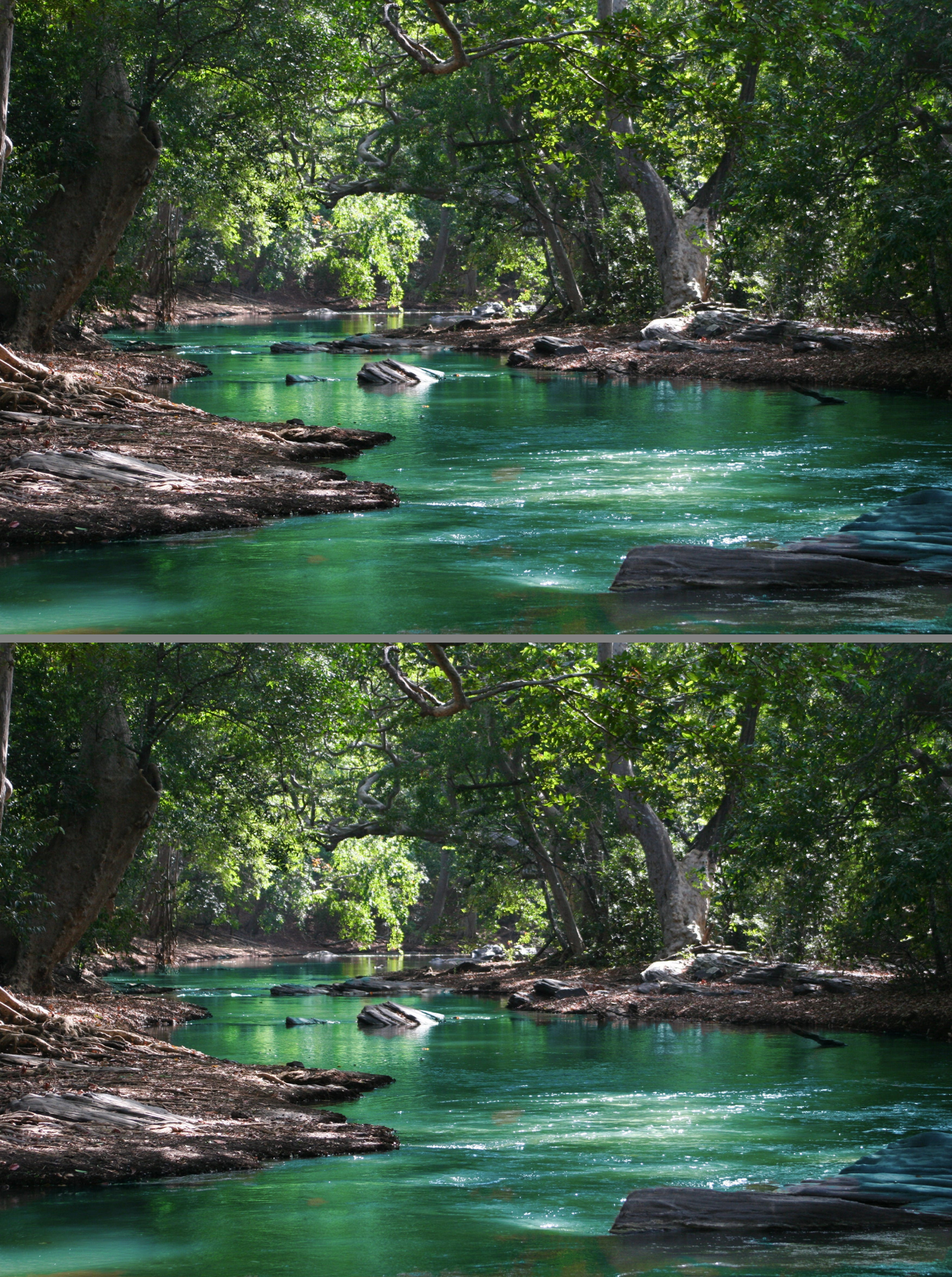
Repository: Dapravith/I5-GIC-Image-Processing
Script's output: python TP3.py
The author's editor kept a copy of each file at every save. The script's output is drawn from the files as they stood at one save, then again after the next save.
The pictures are shown at 68% of full size.
Each picture stacks the figures in order, with grey between them; figures that are only written to a file come last. Figures wider than 1,400 px are first shrunk to that width. Random numbers start from a fixed seed. It also reads images/Test1.jpg, images/facetree.jpg.

Above is the script's output before, as saved 2023-12-20 15:51:45.

### TP3.py
import cv2 as cv

img = cv.imread('./images/Test1.jpg')
width, height = img.shape[:2]

mirrorImg1 = mirrorImg2 = mirrorImg3 = img.copy()

def mirror_ImgF1(img):
    for h in range (height):
        for w in range (width):
            mirrorImg1[h,w] = img[1-h, w]
            return mirrorImg1

def mirror_ImgF2(img):
    for h in range (height):
        for w in range (width):
            mirrorImg2[h,w] = img[h, 1-w]
            return mirrorImg2

def mirror_ImgF3(img):
    for h in range (height):
        for w in range (width):
            mirrorImg3[h,w] = img[1-h, 1-w]
            return mirrorImg3


cv.imshow('Test2', mirror_ImgF1(img))

cv.imshow('Test3', mirror_ImgF2(img))

# cv.imshow('Test4', mirror_ImgF3(img))

cv.waitKey(0)
cv.destroyAllWindows()

After the next save:
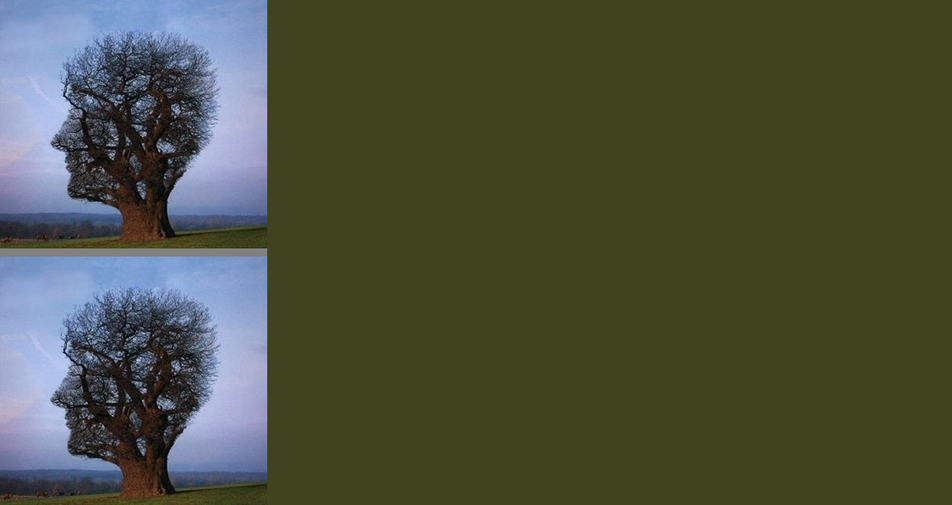
Saved 15 s later.
--- a/TP3.py
+++ b/TP3.py
@@ -1,6 +1,6 @@
 import cv2 as cv
 
-img = cv.imread('./images/Test1.jpg')
+img = cv.imread('./images/facetree.jpg')
 width, height = img.shape[:2]
 
 mirrorImg1 = mirrorImg2 = mirrorImg3 = img.copy()
